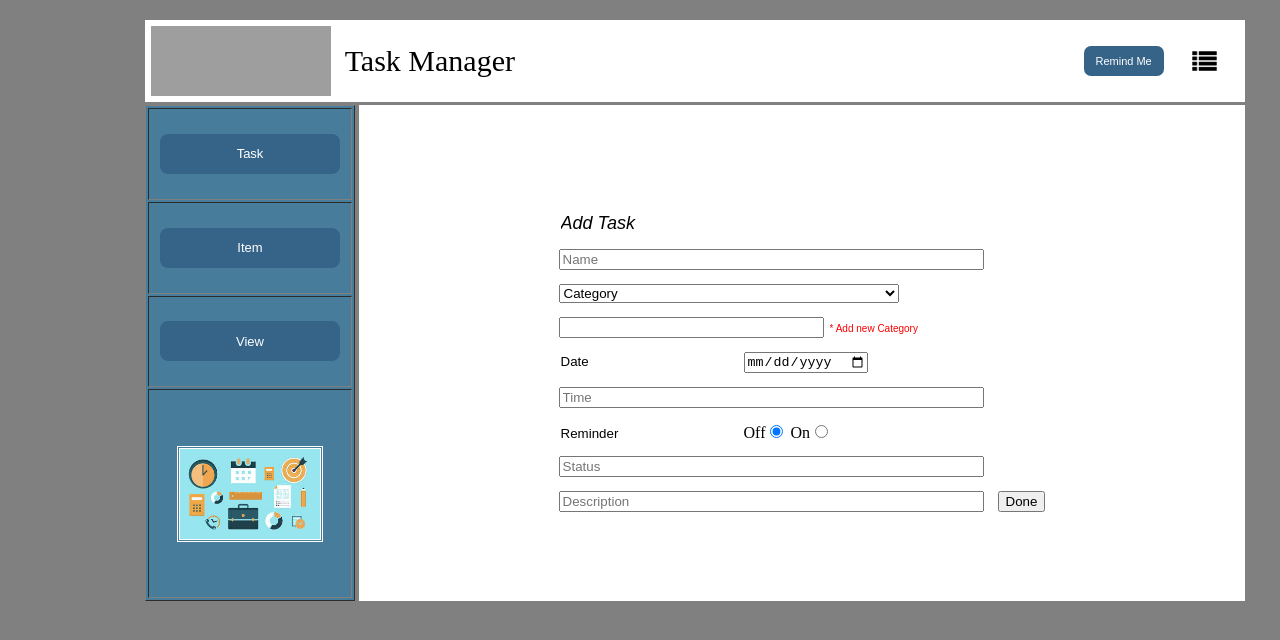
Repository: SnehaSalvi/TaskManagerProject
Page: http://localhost/TaskManagerChecklist/AddTask.jsp
These files come from the project's save history. The page is drawn as it stood at one moment and after the next save; the edit follows.
The browser window is 1280 px wide. The pictures show the whole page.
Pictures or frames that could not be fetched are drawn as grey boxes. The page is served by Tomcat 9. Other server files are loaded and not shown.

Above is the page before, as saved 2016-10-14 09:01:33.

### TaskManagerChecklist/WebContent/AddTask.jsp
<%@ page language="java" contentType="text/html; charset=ISO-8859-1"
    pageEncoding="ISO-8859-1"%>
<!DOCTYPE html PUBLIC "-//W3C//DTD HTML 4.01 Transitional//EN" "http://www.w3.org/TR/html4/loose.dtd">
<html>
<head>
<meta http-equiv="Content-Type" content="text/html; charset=ISO-8859-1">
<title>Insert title here</title>
<link href="home.css" type="text/css" rel="stylesheet"/>

</head>
<body>
<form>
	<table id="table1">
		<tr>
			<td id="td1">
				<img id="banner" src="images/banner.jpg"/>
			</td>
			<td id="td_blank">
			</td>
			<td id="td2">
				Task Manager
			</td>
			<td id="td3" align="center">
				<input type="button" name="remind" id="button1" value="Remind Me"/>
			</td>
			<td id="td4" align="center">
				<img id="list" src="images/list.png"/>
			</td>
		</tr>
	</table>
	<table></table>
	<table>
		<tr>
			<td>
				<table id="table2" border="1">
					<tr>
						<td id="#td5" align="center">
							<input type="button" name="task" id="button2" value="Task"/>
						</td>
					</tr>
					<tr>
						<td align="center">
							<input type="button" name="item" id="button2" value="Item"/>
						</td>
					</tr>
					<tr>
						<td align="center">
							<input type="button" name="view" id="button2" value="View"/>
						</td>
					</tr>
					<tr>
						<td rowspan="7" align="center">
							<img id="img1" src="images/menu.jpg"/>
						</td>
					</tr>
				</table>
			</td>
			<td>
				<table id="table3">
					<tr>
						<td id="#td6">&nbsp;&nbsp;&nbsp;&nbsp;
							<table align="center" cellspacing="6" cellpadding="4">
								<tr>
									<td colspan="2">
										<input type="label" id="font1" name="label" value="Add Task" required="required"/>
									</td>
								</tr>
								<tr>
									<td colspan="2">
										<input type="text" name="taskname" placeholder="Name" size="50" required="required"/>
									</td>
								</tr>
								<tr>
									<td colspan="2">
										<select id="select1" name="categoryname" placeholder="Category" value="Category" required="required">
											<optgroup label="Personal">
												<option value="" disabled selected hidden>Category</option>
												<option>Shopping</option>
												<option>Exercise</option>
											</optgroup>
											<optgroup label="Professional">
												<option>Meeting</option>
												<option>Project Work</option>
											</optgroup>
										</select>
									</td>
								</tr>
								<tr>
									<td colspan="2">
										<input type="text" name="categoryname" size="30" required="required"/>
										<input type="label" id="label1" name="newcategory" value="* Add new Category" required="required"/>
									</td>
								</tr>
								<tr>
									<td colspan="2">
										<input type="label" id="label2" name="newdate" value="Date" required="required"/>
										<input type="date" name="date">
									</td>
								</tr>
								<tr>
									<td colspan="2">
										<input type="text" name="time" placeholder="Time" size="50" required="required"/>
									</td>
								</tr>
								<tr>
									<td colspan="2">
										<input id="label2" type="label" value="Reminder" required="required"/>
										Off<input type="radio" name="reminder" checked/>
										On<input type="radio" name="reminder"/>
									</td>
								</tr>
								<tr>
									<td colspan="2">
										<input type="text" name="status" placeholder="Status" size="50" required="required"/>
									</td>
								</tr>
								<tr>
									<td>
										<input type="text" name="description" placeholder="Description" size="50" required="required"/>
									</td>
									<td>
										<input type="submit" value="Done"/>
									</td>
								</tr>
							</table>
						</td>
					</tr>
				</table>
			</td>
		</tr>
	</table>
</form>
<!--<form action="Hello">
Name:<input type="text" name="user"/>
<input type="submit" value="go"/>
</form>-->
</body>
</html>

### TaskManagerChecklist/WebContent/home.css
body
{
	background-position: center;
	background-color:gray;
	margin-left: 140px;
	margin-top: 20px;
	margin-right: 120px;
	margin-bottom: 20px;
	background-repeat: no-repeat;
}
#table1
{
	margin-left:5px;
	background-color:white;
	background-position: center;
	height: 76px;
	width:1100px;

}
#table2
{
	margin-left:2px;
	background-color:#477d9a;
	background-position: center;
	height: 496px;
	width:210px;


}
#table3
{
	background-color:white;
	background-position: center;
	height: 496px;
	width:886px;

}
#table4
{

	background-position: center;
	height: 497px;
	width:1100px;
}
#table5
{
	width:200px;
}
img
{
	border-style:double;
	border-color: white;
}
tr
{

}
#div1
{
	width: 600px;
	height: 400px;
}
#td1
{
	width:185px;
	height:75px;
	background-color:
}
#td2
{
	width:735px;
	height:75px;
	font-family: serif;
	font-size: 30px;
	font-style: inherit;

}
#td3
{
	width:80px;
	height:75px;
}
#td4
{
	width:30x;
	height:75px;
}
#td_blank
{
	width:100x;
	height:75px;
}

#td6
{
	width:1050x;
	height:495px;


}
#banner
{

	width: 180px;
	height: 70px;
}
#list
{

	width: 25px;
	height: 20px;
}
#select1
{
	width:340px;
}
#img1
{

	width: 140px;
	height: 90px;
}
#button1
{
    height: 30px;
    width: 80px;
    border-radius: 7px;
    border: 1px solid #000;
    font-family: sans-serif;
    background-color:#366489;
    color:white;
    font-size: 11px;
    border: 0;
}
#button2
{
    height: 40px;
    width: 180px;
    border-radius: 8px;
    border: 1px solid #000;
    font-family:sans-serif;
    font-size: 13px;
   background-color:#366489;
   color:white;
    border: 0;
}
#label1
{
	color:red;
	font-size: 10px;
	border: none;
}
#font1
{

	font-style:italic;

	font-size: 18px;
	border: none;


}
#label2
{
	border: none;
}
#div3
{
	width: 510px;
	height: 350px;
}

After the next save:
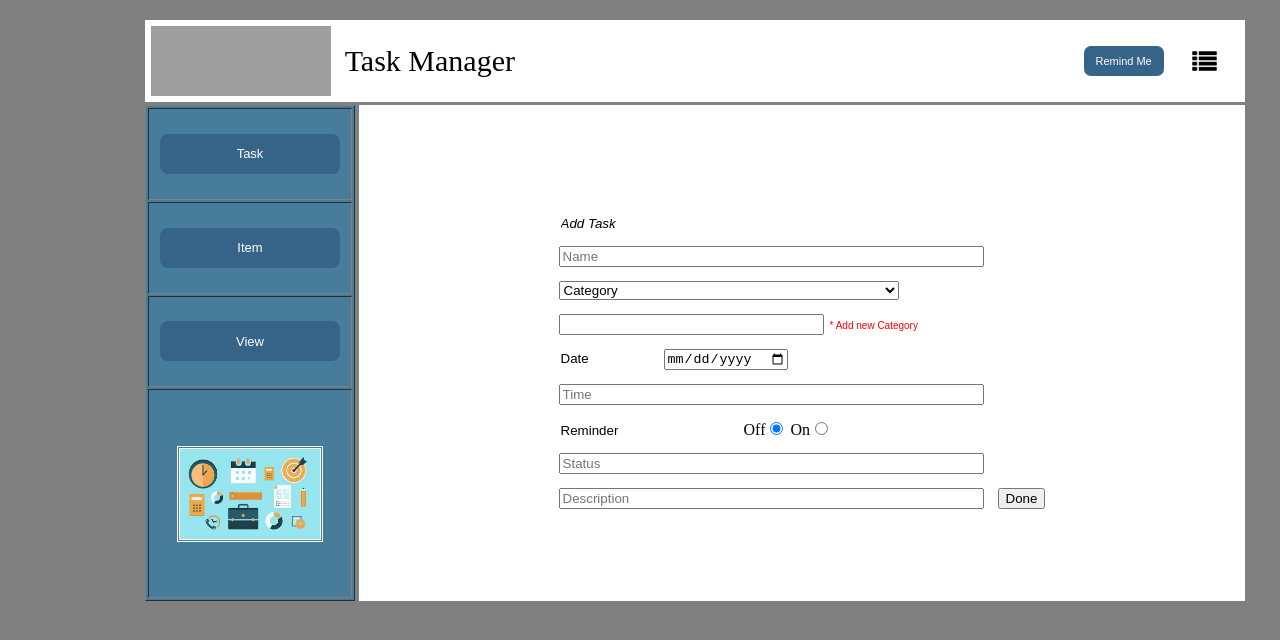
Saved 65 s later.
--- a/TaskManagerChecklist/WebContent/AddTask.jsp
+++ b/TaskManagerChecklist/WebContent/AddTask.jsp
@@ -93,7 +93,7 @@
 								</tr>
 								<tr>
 									<td colspan="2">
-										<input type="label" id="label2" name="newdate" value="Date" required="required"/>
+										<input type="label" id="label2" name="newdate" value="Date" size="10" required="required"/>
 										<input type="date" name="date">
 									</td>
 								</tr>
--- a/TaskManagerChecklist/WebContent/home.css
+++ b/TaskManagerChecklist/WebContent/home.css
@@ -154,7 +154,7 @@ tr
 {
 
 	font-style:italic;
-
+	font-st
 	font-size: 18px;
 	border: none;
 
